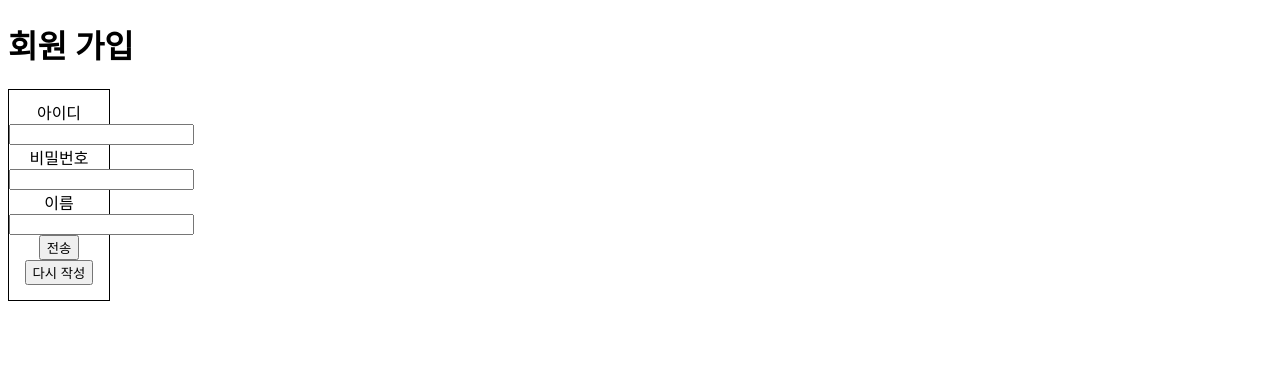
Repository: Dalso13/workspace
Page: http://localhost/Test_1/joinPage.jsp
An editor plug-in stored every save of this project. The page is shown before and after the next save, followed by the edit.
The browser window is 1280 px wide. The pictures show the whole page.
The page is served by Tomcat 9. Other server files are loaded and not shown.

Above is the page before, as saved 2023-03-17 01:09:32.

### workspace_exam/Test_1/WebContent/joinPage.jsp
<%@ page language="java" contentType="text/html; charset=UTF-8"
    pageEncoding="UTF-8"%>
<!DOCTYPE html>
<html>
<head>
<meta charset="UTF-8">
<title>Insert title here</title>
<style type="text/css">

	div{
		border: 1px solid  black;
		width: 100px;
		height: 200px;
		text-align: center;
	}
</style>
</head>
<body>
	<h1>회원 가입</h1>

	<div style="padding-top: 10px">
	아이디 <input type="text"><br>
	비밀번호 <input type="password"><br>
	이름 <input type="text"><br>

	<input type="submit" value="전송">
	<input type="reset" value="다시 작성"><br>
	</div>


</body>
</html>

After the next save:
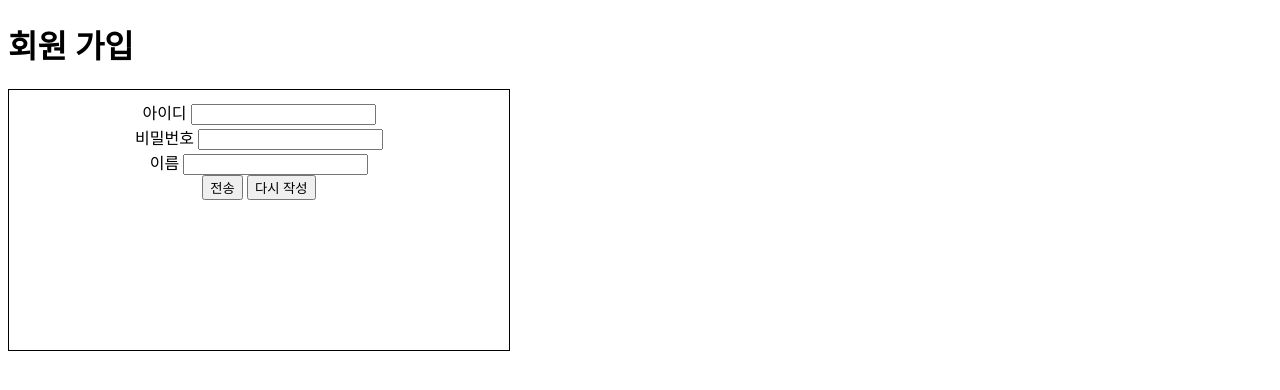
Saved 10 s later.
--- a/workspace_exam/Test_1/WebContent/joinPage.jsp
+++ b/workspace_exam/Test_1/WebContent/joinPage.jsp
@@ -9,8 +9,8 @@
 
 	div{
 		border: 1px solid  black;
-		width: 100px;
-		height: 200px;
+		width: 500px;
+		height: 250px;
 		text-align: center;
 	}
 </style>
